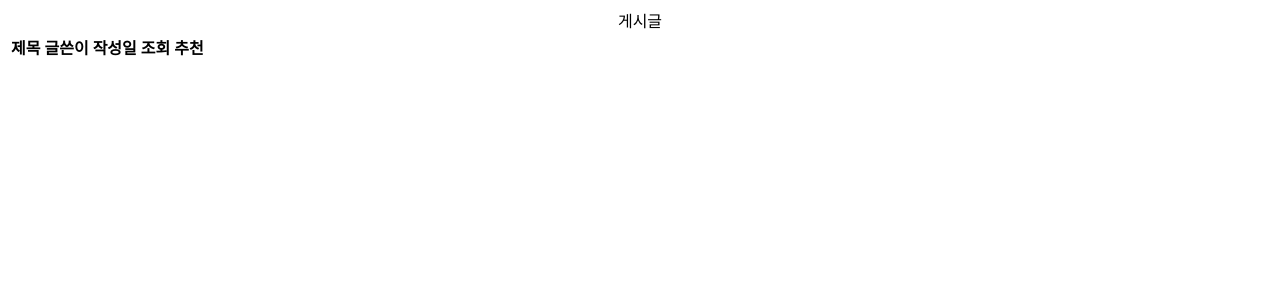
Repository: tae10/app-board-solo
Page: http://localhost/app-board/board
These files come from the project's save history. The page is drawn as it stood at one moment and after the next save; the edit follows.
The browser window is 1280 px wide. The pictures show the whole page.
The page is served by Tomcat 9. Other server files are loaded and not shown. Queries for data that is not in the repository find no rows.

Above is the page before, as saved 2023-04-08 15:38:14.

### app-board/src/main/webapp/WEB-INF/views/board/view.jsp
<%@ page language="java" contentType="text/html; charset=EUC-KR"
	pageEncoding="EUC-KR"%>
<%@taglib prefix="c" uri="http://java.sun.com/jsp/jstl/core"%>
<!DOCTYPE html>
<html>
<head>
<meta charset="EUC-KR">
<title>Insert title here</title>
</head>
<body>
	<div align="center">게시글</div>

	<table>
		<tr>

			<th>제목</th>
			<th>글쓴이</th>
			<th>작성일</th>
			<th>조회</th>
			<th>추천</th>
		</tr>

		<c:forEach items="${list }" var="li">
			<tr>
				<td style="text-align: center;" width="10%"><a href="/detail-task>boardId=${li.boardId}">${li.title }</a></td>
				<td style="text-align: center;">${li.writer }</td>
				<td style="text-align: center;">${li.writed }</td>
				<td style="text-align: center;">${li.views }</td>
				<td style="text-align: center;">${li.likes }</td>


		   </tr>
		</c:forEach>
	</table>

</body>
</html>

### app-board/src/main/java/controller/BoardViewController.java
package controller;

import java.io.IOException;
import java.util.HashMap;
import java.util.List;
import java.util.Map;

import javax.servlet.ServletException;
import javax.servlet.annotation.WebServlet;
import javax.servlet.http.HttpServlet;
import javax.servlet.http.HttpServletRequest;
import javax.servlet.http.HttpServletResponse;

import org.apache.ibatis.session.SqlSession;
import org.apache.ibatis.session.SqlSessionFactory;

import data.Board;
import data.User;

@WebServlet("/board")
public class BoardViewController extends HttpServlet {

	@Override
	protected void service(HttpServletRequest req, HttpServletResponse resp) throws ServletException, IOException {
		SqlSessionFactory factory = (SqlSessionFactory) req.getServletContext().getAttribute("sqlSessionFactory");
		SqlSession sqlSession = factory.openSession();
		User logonUser = (User) req.getSession().getAttribute("logonUser");


	  String sort =req.getParameter("sort");

		int p;
		if (req.getParameter("page") == null) {
			p = 1;
		} else {
			p = Integer.parseInt(req.getParameter("page"));
		}

		Map<String,Object> map =new HashMap<>();
		map.put("a", p*10-9);
		map.put("b",p*10);

		List<Board> list =sqlSession.selectList("boards.findByWrited",map);

		req.setAttribute("list", list);

		if (sort == null) {
		} else {
			if (sort.equals("views")) {
				list = sqlSession.selectList("boards.findByViews", map);
				req.setAttribute("list", list);
			} else if (sort.equals("Likes")) {
				list = sqlSession.selectList("boards.findByLikes", map);
				req.setAttribute("list", list);
			} else {
				list = sqlSession.selectList("boards.findByWrited", map);
				req.setAttribute("list", list);
			}
		}

		req.getRequestDispatcher("/WEB-INF/views/board/view.jsp").forward(req, resp);


	}

}

After the next save:
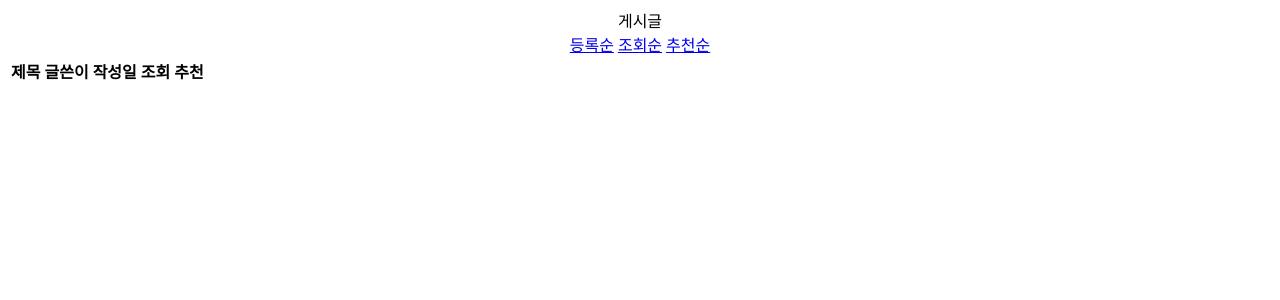
Saved 61 s later.
--- a/app-board/src/main/webapp/WEB-INF/views/board/view.jsp
+++ b/app-board/src/main/webapp/WEB-INF/views/board/view.jsp
@@ -11,6 +11,11 @@
 	<div align="center">게시글</div>
 
 	<table>
+	  <div align="center">
+			<a href="/index?sorting=writed">등록순</a>
+			<a href="/index?sorting=views">조회순</a>
+			<a href="/index?sorting=likes">추천순</a>
+		</div>
 		<tr>
 
 			<th>제목</th>
